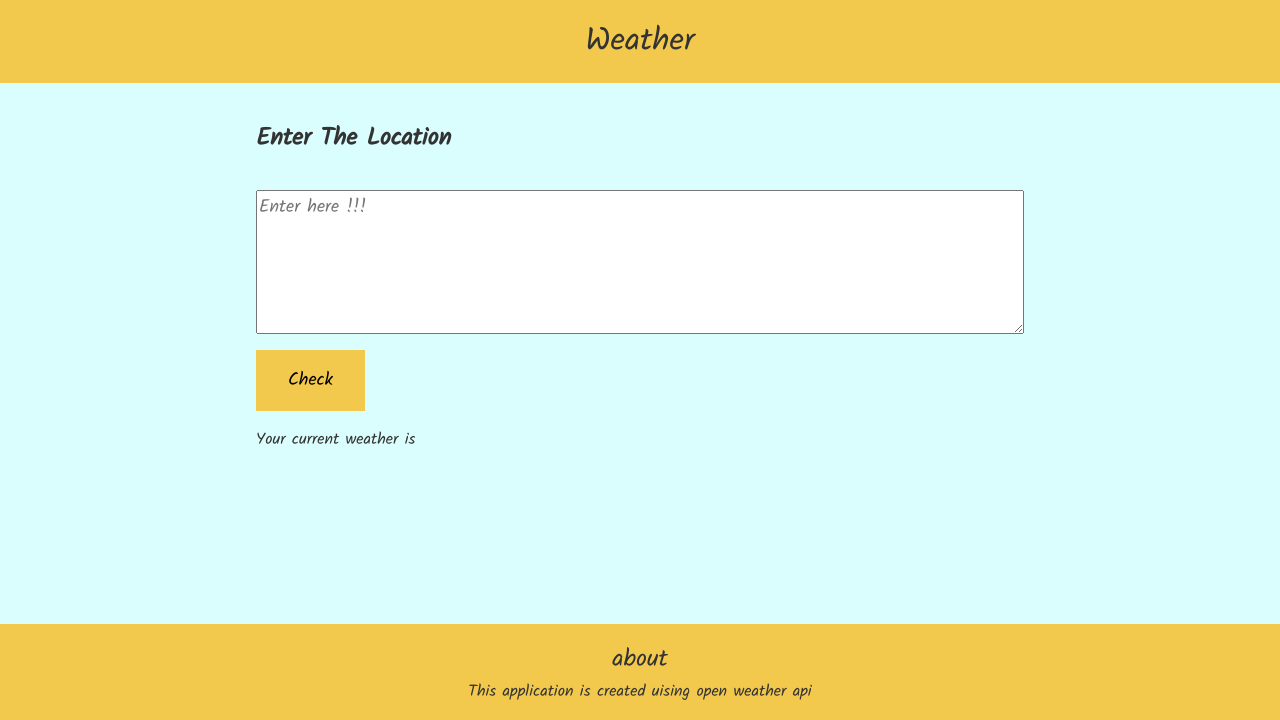
Repository: Irfan-vit/openapi
Page: index.html
The author's editor kept a copy of each file at every save. The page is drawn from the files as they stood at one save, then again after a run of saves.
The browser window is 1280 px wide. The pictures show the whole page.

Above is the page before, as saved 2021-05-27 23:26:15.

After the next 4 saves:
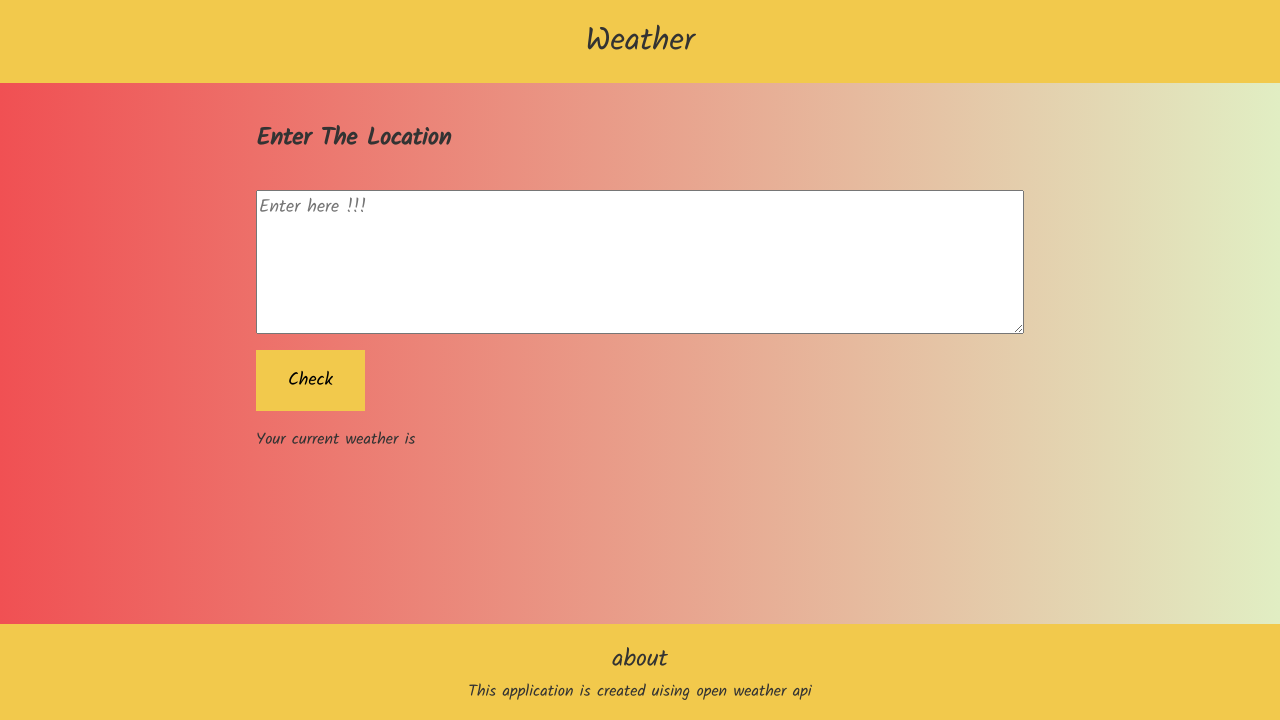
The 4 saves are shown as one change because they came seconds apart.
The last was saved 2 min 32 s later.
--- a/style.css
+++ b/style.css
@@ -14,7 +14,10 @@ body {
     margin: 0;
     font-family: 'Kalam', cursive;
     color: #333333;
-    background-color: rgba(1, 247, 247, 0.144);
+    background: #e1eec3;  /* fallback for old browsers */
+background: -webkit-linear-gradient(to right, #f05053, #e1eec3);  /* Chrome 10-25, Safari 5.1-6 */
+background: linear-gradient(to right, #f05053, #e1eec3); /* W3C, IE 10+/ Edge, Firefox 16+, Chrome 26+, Opera 12+, Safari 7+ */
+
 }
 
 nav {
